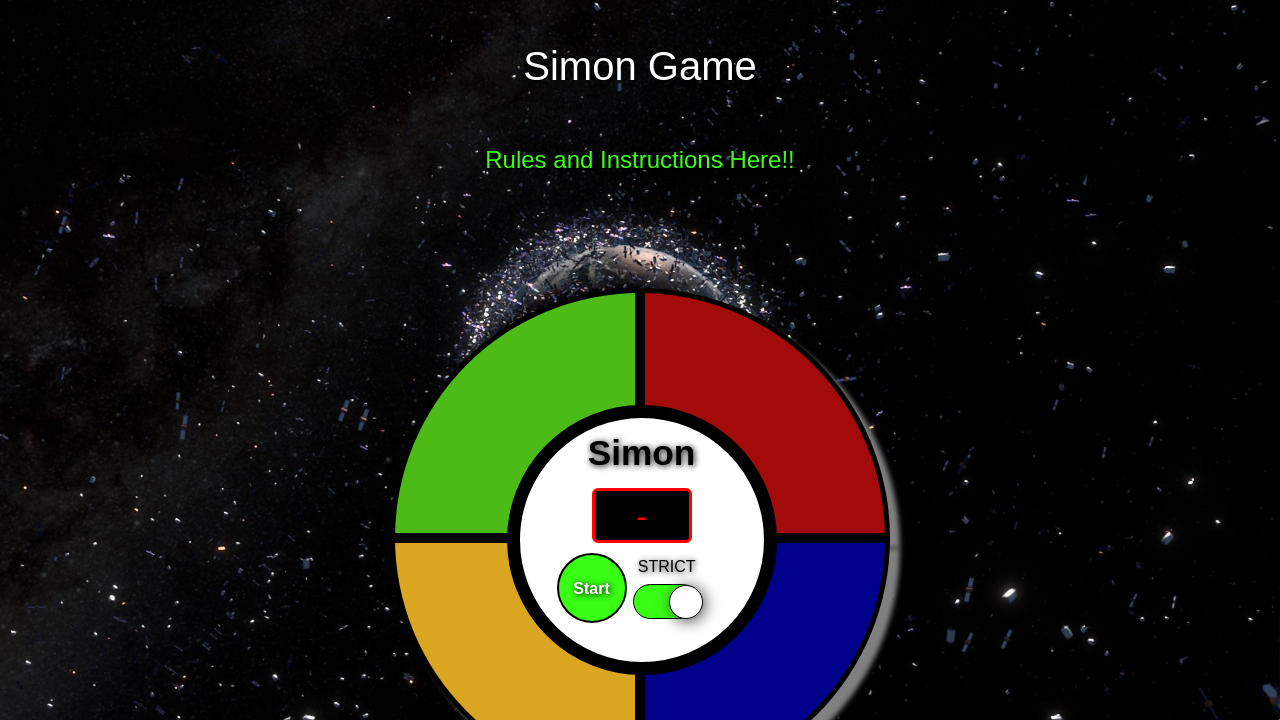
Repository: cgaynor91/Simon-Memory-Game
Page: index.html
The author's editor kept a record of every edit. The page is drawn from the files as they stood at one moment, then again after the next edit.
The browser window is 1280 px wide. The pictures show the whole page.
An inner scrolling area shows only its first screen. Some web fonts or font styles are not loaded; a fallback is used.

Above is the page before.

### index.html
<!DOCTYPE html>
<html lang="en">

<head>
    <meta charset="UTF-8">
    <meta name="viewport" content="width=device-width, initial-scale=1.0">
    <meta http-equiv="X-UA-Compatible" content="ie=edge">
    <title>Simon Memory Game</title>

    <!-- Style sheets -->
    <link rel="stylesheet" href="https://stackpath.bootstrapcdn.com/bootstrap/4.3.1/css/bootstrap.min.css">
    <link href="https://fonts.googleapis.com/css?family=Fascinate+Inline&display=swap" rel="stylesheet" type="text/css">
    <link class="favicon" rel="icon" href="assets/images/favicon.ico" type="image/ico">

    <link rel="stylesheet" href="assets/css/style.css">

</head>


<body>
  <!-- Main Container -->

  <div class="container-fluid header">
    <!--main container-->
    <div class="row">
      <div class="col">
        <h1 class="m-4 py-2">Simon Game</h1>
      </div>
    </div>

    <div class="row">
      <div class="rules-col col">
        <a href="https://www.youtube.com/watch?v=1Yqj76Q4jJ4">Rules and Instructions Here!!</a>
      </div>
    </div>

    <!-- will hold the simon board -->
    <div class="container-fluid outer-circle">
      <div class="row">
        <div class="col simon-board">
          <div class="pads">
            <div id="greenpad" class="pad green-pad"></div>
            <div id="redpad" class="pad red-pad"></div>
            <div id="yellowpad" class="pad yellow-pad"></div>
            <div id="bluepad" class="pad blue-pad"></div>
          </div>

<!-- inner -circle of board containg number counter and switches -->

          <div class="inner-circle">
            <div class="label">Simon</div>
            <div id="turn" class="display">-</div>
            <div id="start" class="start-button">Start</div>
            <div class="container strict">
              <div class="strict-label">
                <p>STRICT</p>
                <div class="strict-switch">
                  <input type="checkbox" id="strict" class="toggle" checked/>
                </div>
              </div>
            </div>
          </div>
        </div>
      </div>
    </div>
  </div>

   <div class="container-fluid footer">
    <div class="row justify-content-center">
      <p>Website created by Claire Gaynor &copy;
        <br> For educational purposes only.</p>
    </div>
  </div>

    <!-- Audio Clips -->
  <audio id="sound-green" src="assets/sounds/green.mp3"></audio>
  <audio id="sound-red" src="assets/sounds/red.mp3"></audio>
  <audio id="sound-yellow" src="assets/sounds/yellow.mp3"></audio>
  <audio id="sound-blue" src="assets/sounds/blue.mp3"></audio>
  <audio id="game-win" src="assets/sounds/game-win.wav"></audio>
  <audio id="game-over" src="assets/sounds/game-over.wav"></audio>



    <!-- Scripts located at the bottom of the body to ensure quick page loading -->
    <script src="https://cdnjs.cloudflare.com/ajax/libs/jquery/3.4.1/jquery.slim.min.js"></script>
    <script src="https://ajax.googleapis.com/ajax/libs/jquery/3.3.1/jquery.min.js"></script>
    <script src="https://cdnjs.cloudflare.com/ajax/libs/popper.js/1.15.0/umd/popper.min.js"></script>
    <script src="https://stackpath.bootstrapcdn.com/bootstrap/4.3.1/js/bootstrap.min.js"></script>
    <script src="assets/js/script.js"></script>



</body>

</html>

### assets/css/style.css
@import url('https://fonts.googleapis.com/css?family=Fascinate+Inline:100,200,300,400,500,600,700');


html,

body {
  width: 100%;
  height: 100%;
  margin: 0;
  padding: 0;
  overflow-x: hidden;
  background-image: url("../images/bgimage.jpg");
  background-color: #161677;
  background-size: cover;
  font-family: 'Fascinate inline', sans-serif;
  text-shadow: 1px 1px 6px #000000;
}

.row {
  text-align: center;
  padding: 10px;
  margin: 0;
  width: 100%;
  height: 100%;
}

a {
  color: #39ff14;
  padding-top: 5px;
  font-size: 1.5em;
}

a:hover {
  color: #fff;
  text-decoration: none;
}

.rules-col {
  margin-bottom: 50px;
}

h1 {
  color: #fff;
  margin-top: 10px;
}

.label {
  position: absolute;
  font-size: 2.2em;
  color: #000;
  font-weight: bold;
  margin-top: 10px;
}


/* Modal */

.btn-modal {
    color: #39ff14;
  padding-top: 5px;
  font-size: 1.5em;
}

.btn-modal:hover {
   color: #fff;
}

/* Containers */

.header {
  color: white;
  text-align: center;
}

.outer-circle {
  padding: 0;
  margin: auto;
  width: 100%;
  height: 100vw;
  max-width: 600px;
  max-height: 600px;
  border-radius: 50%;
  background-color: transparent;
  margin-bottom: 230px;
  display: flex;
}


.strict {
  position: absolute;
  margin-top: 149px;
  margin-left: 50px;
  padding: 0px;
  width: 29%;
  line-height: 0;
}


.footer {
  color: #fff;
}


/* Controls */


.inner-circle {
  display: -webkit-box;
  display: -ms-flexbox;
  display: flex;
  -webkit-box-pack: center;
  -ms-flex-pack: center;
  justify-content: center;
  position: absolute;
  background-color: #fff;
  top: 27%;
  left: 27%;
  width: 46vw;
  height: 46vw;
  max-width: 270px;
  max-height: 270px;
  border: solid 13px #000;
  border-radius: 50%;
  line-height: 50px;
  box-sizing: border-box;
  -moz-box-sizing: border-box;
  -webkit-box-sizing: border-box;
}


#turn {
  position: absolute;
  top: 70px;
  max-width: 100px;
  max-height: 55px;
  color: #ff0000;
  background-color: #000;
  width: 39vw;
  height: 11vw;
  margin: auto;
  border: solid 3px #ff0000;
  border-radius: 6px;
  font-size: 2em;
}

.start-button {
    float: left;
    margin-right: 100px;
    margin-top: 135px;
    padding: 10px;
    line-height: 3em;
    font-weight: bold;
    background-color: #39ff14;
    height: 70px;
    width: 70px;
    border-radius: 50%;
    border: solid 2px #000;
}

.start-button:active {
  background-color: #ccff00;
}

.strict-switch {
  margin-top: 17px;
}

.strict-label {
  color: #000;
}

input[type="checkbox"] {
  position: relative;
  width: 67px;
  height: 35px;
  -webkit-appearance: none;
  -moz-appearance: none;
  -o-appearance: none;
  appearance: none;
  background: #3e8231;
  border: solid 1px #000;
  border-radius: 25vw;
}

input:checked[type="checkbox"] {
  background-color: #39ff14;
}

input[type="checkbox"]:before {
  content: "";
  position: absolute;
  height: 34px;
  width: 34px;
  border-radius: 50%;
  border: solid .5px #000;
  background-color: #fff;
  box-shadow: 2px 2px 15px #444;
}

input:checked[type="checkbox"]:before {
  left: 35px;
}


/* Simon Board Pad Colours */

.pad {
  float: left;
  position: relative;
  width: 50%;
  height: 50vw;
  border: solid 12px #000;
  max-width: 300px;
  max-height: 300px;
  -moz-box-sizing: border-box;
  -webkit-box-sizing: border-box;
  box-shadow: 1px 1px 12px #000000;

}


#greenpad {
  position: absolute;
  height: 250px;
  width: 250px;
  border-radius: 250px 0 0 0;
  -moz-border-radius: 250px 0 0 0;
  -webkit-border-radius: 250px 0 0 0;
  background: #4CBB17;
  top: 50%;
  left: 50%;
  margin: -250px 0px 0px -250px;
  border-style: solid;
  border-width: 5px;
  box-sizing: border-box;
  -moz-box-sizing: border-box;
  -webkit-box-sizing: border-box;
}

#redpad {
  position: absolute;
  height: 250px;
  width: 250px;
  -moz-border-radius: 0 250px 0 0;
  -webkit-border-radius: 0 250px 0 0;
  background: #a30b0b;
  top: 50%;
  left: 50%;
  margin: -250px 0px 0px 0px;
  border-style: solid;
  border-width: 5px;
   box-shadow: 10px 10px 5px grey;
  box-sizing: border-box;
  -moz-box-sizing: border-box;
  -webkit-box-sizing: border-box;
}

#yellowpad {
  position: absolute;
  height: 250px;
  width: 250px;
  -moz-border-radius: 0 0 0 250px;
  -webkit-border-radius: 0 0 0 250px;
  background: #daa520;
  top: 50%;
  left: 50%;
  margin: 0px -250px 0px -250px;
  border-style: solid;
  border-width: 5px;
  box-sizing: border-box;
  box-shadow: 10px 10px 5px grey;
  -moz-box-sizing: border-box;
  -webkit-box-sizing: border-box;
}

#bluepad {
  position: absolute;
  height: 250px;
  width: 250px;
  -moz-border-radius: 0 0 250px 0;
  -webkit-border-radius: 0 0 250px 0;
  background: #00008b;
  top: 50%;
  left: 50%;
  margin: 0px 0px -250px 0px;
  border-style: solid;
  border-width: 5px;
  box-sizing: border-box;
   box-shadow: 10px 10px 5px grey;
  -moz-box-sizing: border-box;
  -webkit-box-sizing: border-box;
}

### assets/js/script.js
// Variables

let order = [];
let playerOrder = [];
let flash, turn, good, compTurn, intervalId, win;
let strict = true;
let volume = true;

// Variables targeted using jquery

const turnCounter = document.getElementById("turn");
const pad = document.getElementById("pad");
const greenPad = document.getElementById("greenpad");
const redPad = document.getElementById("redpad");
const yellowPad = document.getElementById("yellowpad");
const bluePad = document.getElementById("bluepad");
const strictButton = document.getElementById("strict");
const startButton = document.getElementById("start");



// Adapt game to play in strict mode if selected

$(strictButton).on('click', function() {
  if (strictButton.checked == true) {
    strict = true;
    turn = 1;
    clearInterval(intervalId);
    if ($(turnCounter).text() == "-") {
      $(turnCounter).text("-");
    }
    else {
      $(turnCounter).text("0");
    }
    setTimeout(function() {
      clearColor();
    }, 800);
  }
  else {
    strict = false;
  }
});


// Intialize Game when start button clicked

$(startButton).on("click", function() {
  clearInterval(intervalId);
  playGame();
});

// This function runs when it is time for the computer to generate a sequence.


function playGame() {
  intervalId = 0;
  win = false;
  $(turnCounter).text("1");
  playerOrder = [];
  turn = 1;
  flash = 0;
  good = true;
  for (var i = 0; i < 20; i++) {
    order.push(Math.floor(Math.random() * 4) + 1);
  }
  compTurn = true;

  intervalId = setInterval(gamePlay, 800);
}

/* A function to identify if it is the player's turn or the computer's turn.
The amount of flashes must match the number in the turn counter - sequence stops and is logged.
The comptuer reproduces a sequence and checks light id and applies correct light and sound function
Code here is partly taken from a tutorial on youtube by freecodecamp(credits & link in Readme)*/

function gamePlay() {

  if (flash == turn) {
    clearInterval(intervalId);
    compTurn = false;
    clearColor();
  }

  if (compTurn) {
    clearColor();
    setTimeout(function() {
      if (order[flash] == 1) one();
      if (order[flash] == 2) two();
      if (order[flash] == 3) three();
      if (order[flash] == 4) four();
      flash++;
    }, 200);
  }
}

// Functions that generate lights and sounds for all four pads

function one() {
  if (volume) {
    let audio = document.getElementById("sound-green");
    audio.play();
  }
  volume = true;
  greenPad.style.backgroundColor = "#39ff14";
}

function two() {
  if (volume) {
    let audio = document.getElementById("sound-red");
    audio.play();
  }
  volume = true;
  redPad.style.backgroundColor = "#B22222";
}

function three() {
  if (volume) {
    let audio = document.getElementById("sound-yellow");
    audio.play();
  }
  volume = true;
  yellowPad.style.backgroundColor = "#FFFF00";
}

function four() {
  if (volume) {
    let audio = document.getElementById("sound-blue");
    audio.play();
  }
  volume = true;
  bluePad.style.backgroundColor = "#0000ff";
}

// Returns pads to their original state

function clearColor() {
  greenPad.style.backgroundColor = "#4CBB17";
  redPad.style.backgroundColor = "#a30b0b";
  yellowPad.style.backgroundColor = "#daa520";
  bluePad.style.backgroundColor = "#00008b";
}

// Function to cause all colours to flash at the same time

function flashColor() {
  greenPad.style.backgroundColor = "#39ff14";
  redPad.style.backgroundColor = "#B22222";
  yellowPad.style.backgroundColor = "#FFFF00";
  bluePad.style.backgroundColor = "#0000FF";
}

// Functions for wqhen each pads are clicked.
// By clicking one pad, a number is pushed into the player sequence array
// Colour clears after set time

$(greenPad).on('click', function() {
  playerOrder.push(1);
  check();
  one();
  if (!win) {
    setTimeout(function() {
      clearColor();
    }, 350);
  }
});

$(redPad).on('click', function() {
  playerOrder.push(2);
  check();
  two();
  if (!win) {
    setTimeout(function() {
      clearColor();
    }, 350);
  }
});

$(yellowPad).on('click', function() {
  playerOrder.push(3);
  check();
  three();
  if (!win) {
    setTimeout(function() {
      clearColor();
    }, 350);
  }
});

$(bluePad).on('click', function() {
  playerOrder.push(4);
  check();
  four();
  if (!win) {
    setTimeout(function() {
      clearColor();
    }, 350);
  }
});

// Function created to check and see if
// 1. The colour sequence is followed incorrectly
// 2. If player sequence matches the turn counter
// 3. If the player has completed 20 levels to win game
// 4. Also if strict mode is actve and the player has lost a game

function check() {
  if (playerOrder[playerOrder.length - 1] !== order[playerOrder.length - 1])
    good = false;

  if (playerOrder.length == 20 && good) {
    winGame();
  }

  if (good == false) {
    flashColor();
    $(turnCounter).text("NO!");
    let audio = document.getElementById("game-over");
    audio.play();
    setTimeout(function() {
      $(turnCounter).text((turn) - 1);
      clearColor();

      if (strict) {
        playGame();
      }
      else {
        compTurn = true;
        flash = 0;
        playerOrder = [];
        good = true;
        intervalId = setInterval(gamePlay, 800);
      }
    }, 800);

    volume = false;
  }

  else if (turn == playerOrder.length && good && !win) {
    turn++;
    playerOrder = [];
    compTurn = true;
    flash = 0;
    $(turnCounter).text((turn) - 1);
    intervalId = setInterval(gamePlay, 800);
  }
}

// Function is called upon if the player wins the game - displaying "WIN!" in the counter and playing audio

function winGame() {
  flashColor();
  $(turnCounter).text("WIN!");
  win = true;
  setTimeout(function() {
    let audio = document.getElementById("game-win");
    audio.play();
  }, 600);
}

After the next edit:
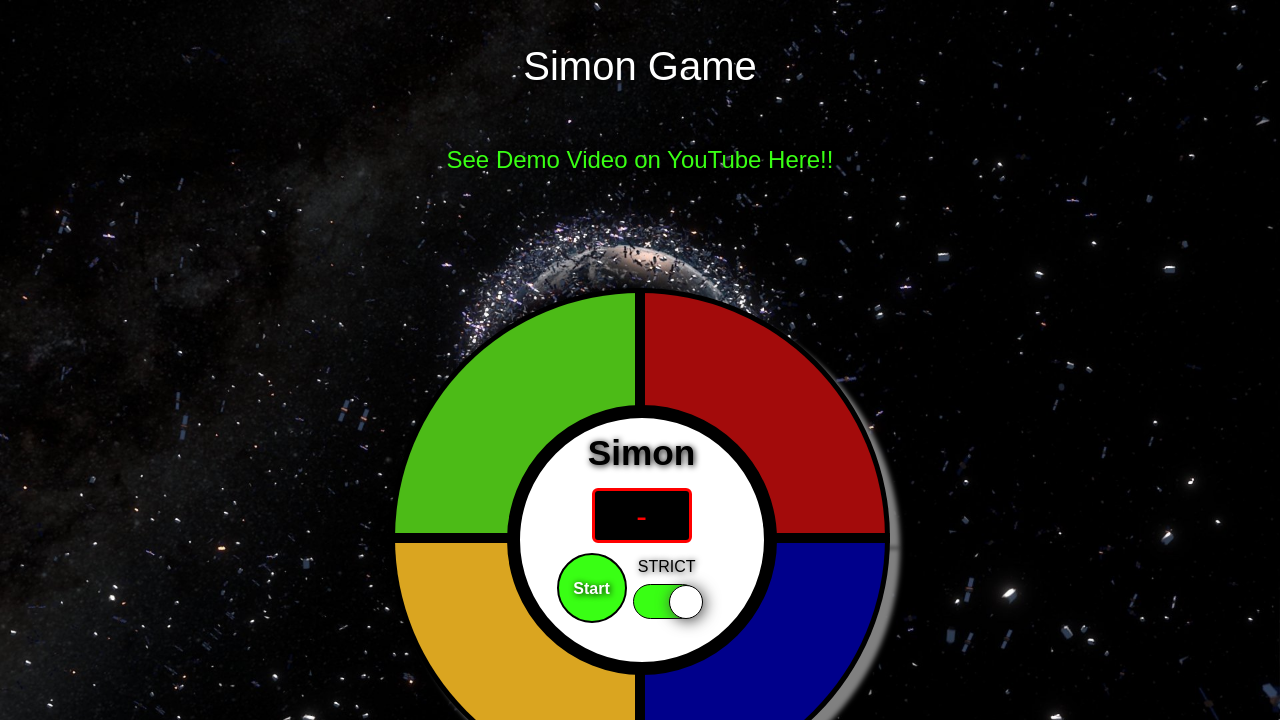
The edit:
--- a/index.html
+++ b/index.html
@@ -30,7 +30,7 @@
 
     <div class="row">
       <div class="rules-col col">
-        <a href="https://www.youtube.com/watch?v=1Yqj76Q4jJ4">Rules and Instructions Here!!</a>
+        <a href="https://www.youtube.com/watch?v=1Yqj76Q4jJ4" target="_blank">See Demo Video on YouTube Here!!</a>
       </div>
     </div>
 
